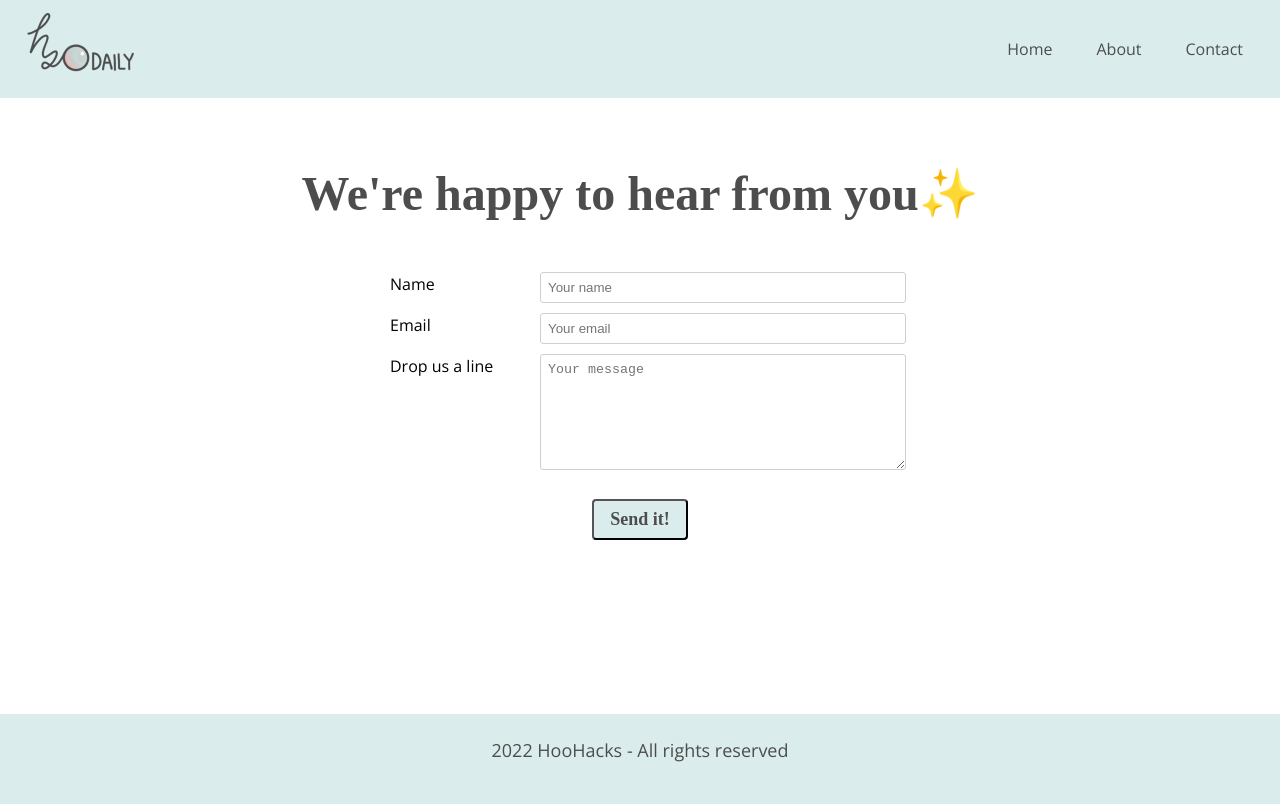
Repository: jennyjjung/H2ODaily
Page: contact.html
These files come from the project's save history. The page is drawn as it stood at one moment and after the next save; the edit follows.
The browser window is 1280 px wide. The pictures show the whole page.
Some web fonts or font styles are not loaded; a fallback is used.

Above is the page before, as saved 2022-03-27 08:05:28.
Console error: TypeError: Cannot read properties of null (reading 'addEventListener')

After the next save:
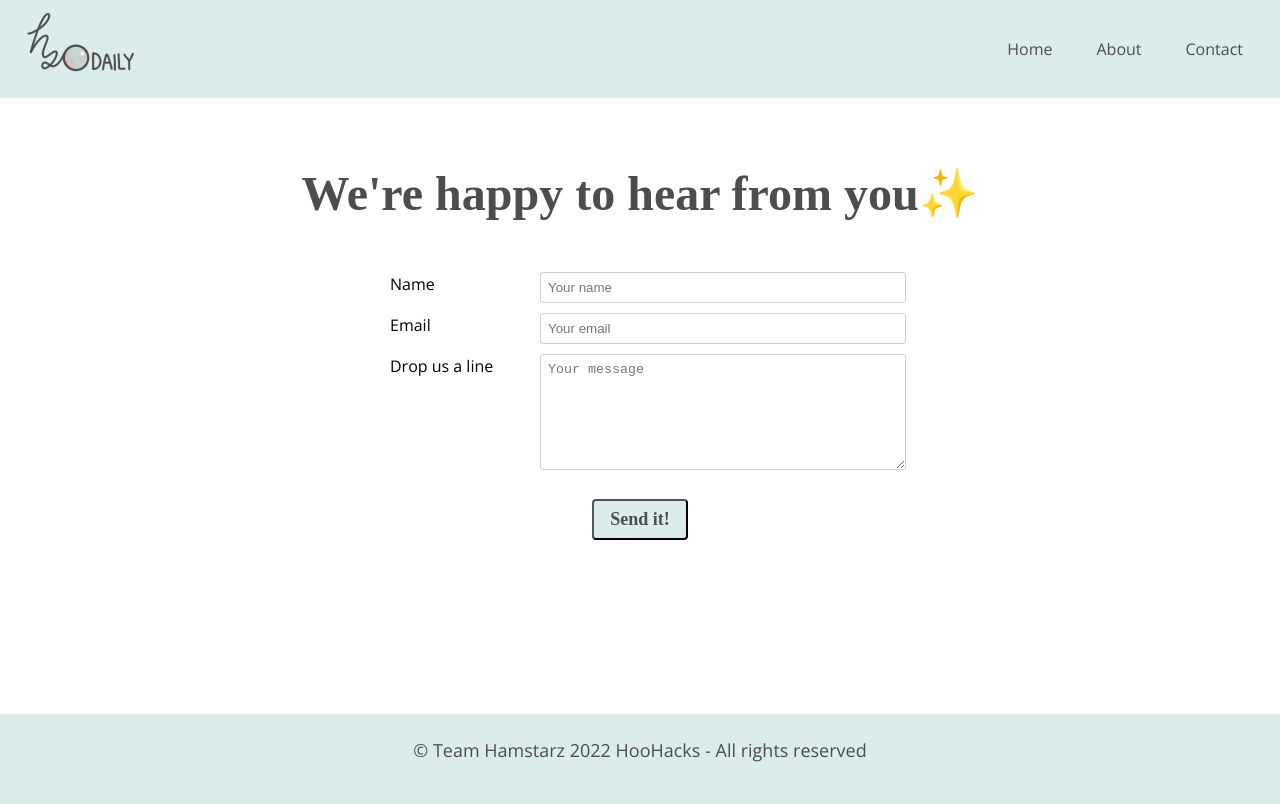
Saved 11 s later.
--- a/contact.html
+++ b/contact.html
@@ -59,8 +59,10 @@
   </section>
 
   <section id="bottom">
-    <div class= "bottom__container">
-      <p class="bottom__rights">2022 HooHacks - All rights reserved</p>
+    <div class="bottom__container">
+      <p class="bottom__rights">
+        &copy; Team Hamstarz 2022 HooHacks - All rights reserved
+      </p>
     </div>
   </section>
 
